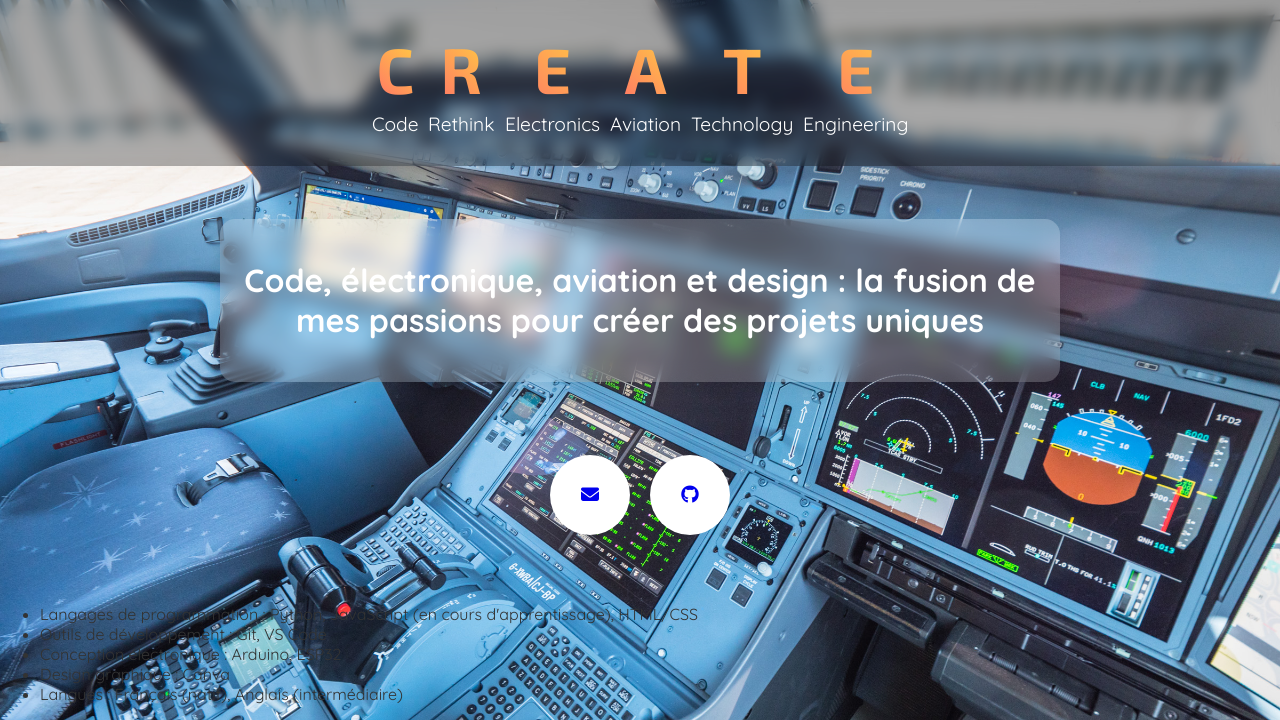
Repository: nlagardere/myportfolio
Page: index.html
The author's editor kept a copy of each file at every save. The page is drawn from the files as they stood at one save, then again after a run of saves.
The browser window is 1280 px wide. The pictures show the whole page.

Above is the page before, as saved 2025-09-06 10:06:13.

After the next 2 saves:
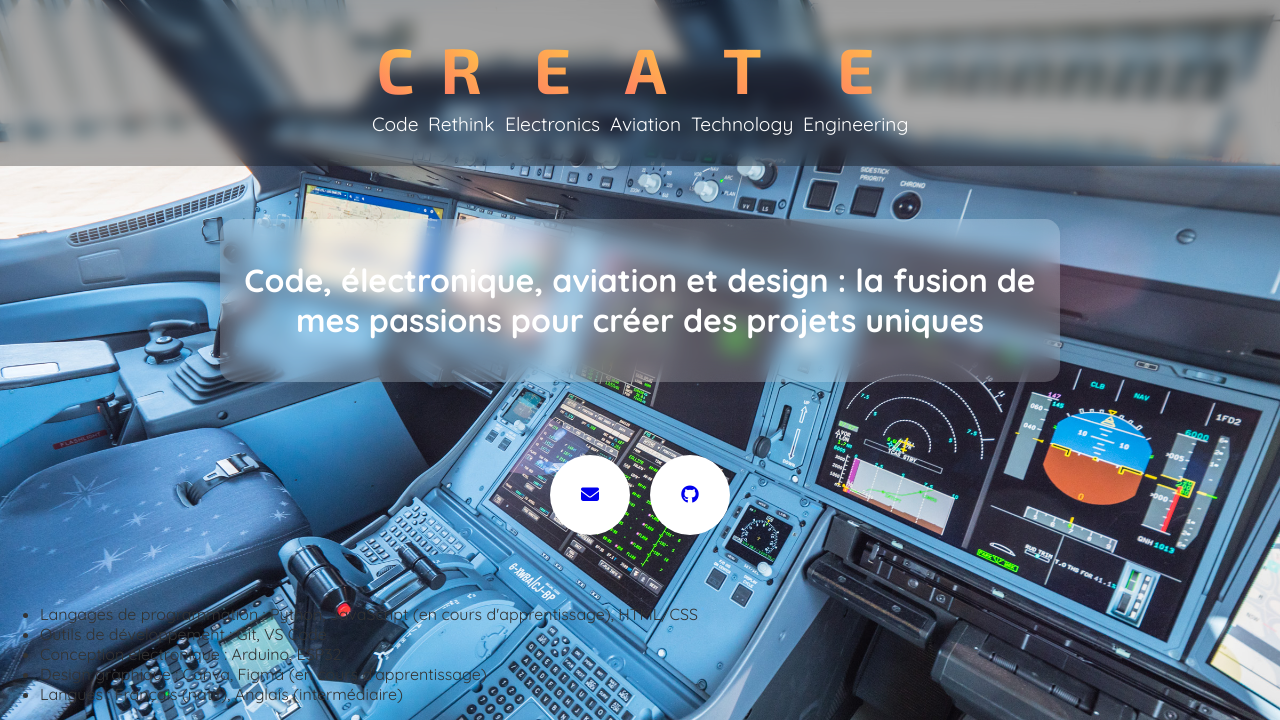
The 2 saves are shown as one change because they came seconds apart.
The last was saved 39 s later.
--- a/index.html
+++ b/index.html
@@ -236,7 +236,7 @@
       <li>Langages de programmation : Python, JavaScript (en cours d'apprentissage), HTML/CSS</li>
       <li>Outils de développement : Git, VS Code</li>
       <li>Conception électronique : Arduino, ESP32</li>
-      <li>Design graphique : Canva</li>
+      <li>Design graphique : Canva, Figma (en cours d'apprentissage)</li>
       <li>Langues : Français (natif), Anglais (intermédiaire)</li>
     </ul>
   </div>
